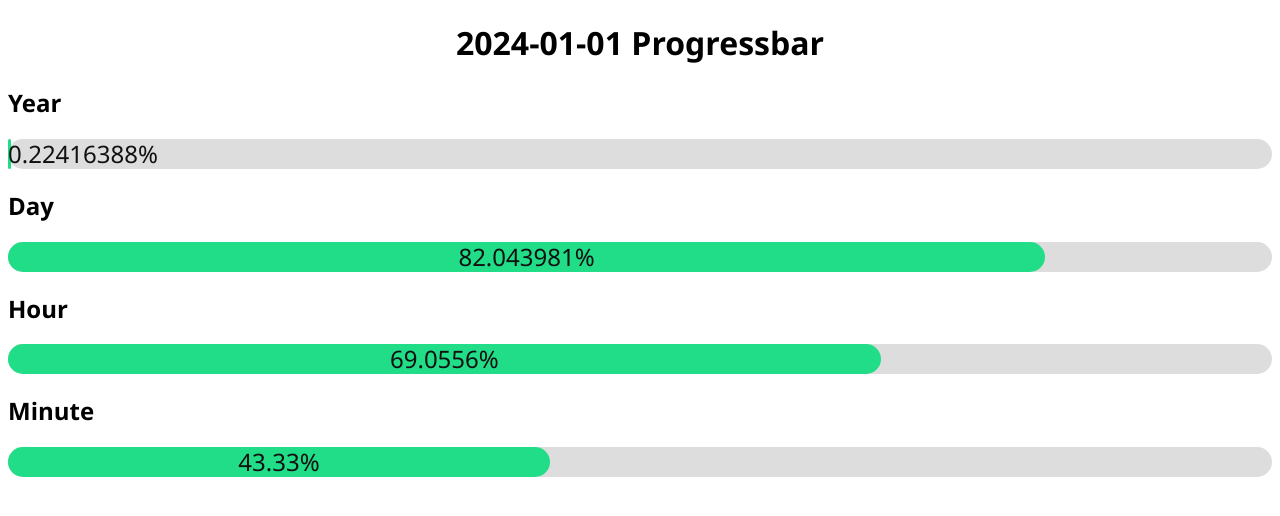
Repository: end888160/end888160.github.io
Page: progress_clock.html
These files come from the project's save history. The page is drawn as it stood at one moment and after the next save; the edit follows.
The browser window is 1280 px wide. The pictures show the whole page.

Above is the page before, as saved 2024-09-22 13:16:50.

After the next save:
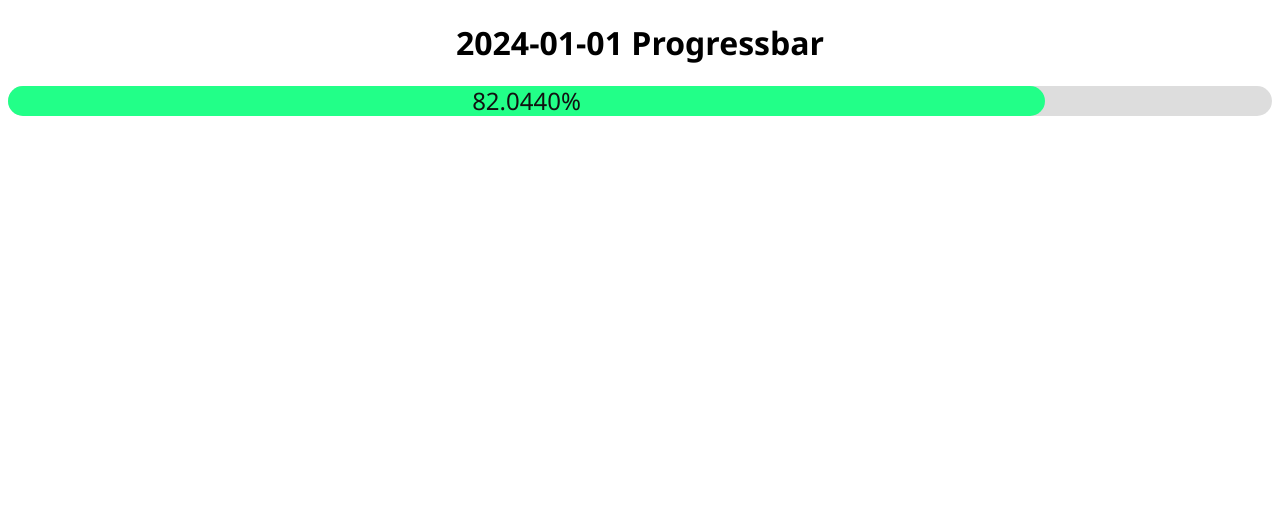
Saved 3 s later.
--- a/progress_clock.html
+++ b/progress_clock.html
@@ -1,33 +1,31 @@
 <!DOCTYPE html>
 <html>
-	<title>Progressbar Clock</title>
 <style>
 	html {
 		font-family: 'Segoe UI', Tahoma, Geneva, Verdana, sans-serif;
 	}
-.countDownProgress {
+#countDownProgress {
 	width: 100%;
 	background-color: #ddd;
 	border-radius: 1cm;
 }
 
-.countDownBar {
+#countDownBar {
 	width: 10%;
 	height: 30px;
-	background-color: #2d8;
+	background-color: #2f8;
 	text-align: center;
 	line-height: 30px;
 	color: #111;
 	border-radius:1cm;
 	font-size: x-large;
-	transition:ease 0.33s;
 	cursor: wait;
 }
 	@media (prefers-color-scheme: dark) {
-		.countDownProgress {
+		#countDownProgress {
 			background-color: #333;
 		}
-		.countDownBar {
+		#countDownBar {
 			background-color: #496;
 			color: #ddd;
 
@@ -38,16 +36,14 @@
 		}
 	}
 	@media only screen and (orientation: portrait) {
-		.countDownBar {
+		#countDownBar {
 			height: 50px;
 			font-size: xx-large;
 			padding-top: 2%;
 		}
-		h1 {
-			font-size: 8vw;
-		}
-		h2 {
-			font-size: 6vw;
+		#countDownBar2 {
+			height: 60px;
+			font-size: xx-large;
 		}
 	}
 
@@ -56,53 +52,18 @@
 
 <h1 id="caption" style="text-align: center;"></h1>
 
-<h2>Year</h2>
-<div id="year" class="countDownProgress">
-	<div id="Year" class="countDownBar"></div>
+<div id="countDownProgress">
+	<div id="countDownBar"></div>
 </div>
+
+<br>
+
 <script>
 	var i=0
 function progress() {
 	if (i == 0) {
 		i = 1;
-		var elem = document.getElementById("Year");
-		var width = 0;
-		function frame() {
-			var countDownTarget = new Date().getFullYear() + 1;
-			var empty = ( new Date().getTime() - new Date("Jan 1, " + ( countDownTarget - 1) + " 00:00:00"))
-			var full = ( new Date("Jan 1, " + countDownTarget + " 00:00:00").getTime() - new Date("Jan 1, " + ( countDownTarget - 1) + " 00:00:00"))/100
-
-			if (( empty / full ) >= 100) {
-				clearInterval(id);
-				i = 0;
-			} else {
-				elem.style.width = ( empty / full ).toFixed(8) + "%";
-				elem.innerHTML = ( empty / full ).toFixed(8)  + "%";
-			}
-		}
-
-	setInterval(frame, 50);
-	}
-
-}
-function count() {
-	progress();
-	setTimeout(count, 1)
-}
-count()
-</script>
-
-
-<h2>Day</h2>
-<div id="day" class="countDownProgress">
-	<div id="Day" class="countDownBar"></div>
-</div>
-<script>
-	var i=0
-function progress() {
-	if (i == 0) {
-		i = 1;
-		var elem = document.getElementById("Day");
+		var elem = document.getElementById("countDownBar");
 		var width = 0;
 		function frame() {
 			var today = new Date();
@@ -121,42 +82,6 @@ function progress() {
 				i = 0;
 			} else {
 				document.getElementById("caption").innerHTML = year + "-" + month + "-" + day + " Progressbar";
-				elem.style.width = ( empty / full ).toFixed(6) + "%";
-				elem.innerHTML = ( empty / full ).toFixed(6)  + "%";
-			}
-		}
-
-	setInterval(frame, 50);
-	}
-
-}
-function count() {
-	progress();
-	setTimeout(count, 1)
-}
-count()
-</script>
-
-
-<h2>Hour</h2>
-<div id="hour" class="countDownProgress">
-	<div id="Hour" class="countDownBar"></div>
-</div>
-<script>
-	var i=0
-function progress() {
-	if (i == 0) {
-		i = 1;
-		var elem = document.getElementById("Hour");
-		var width = 0;
-		function frame() {
-			var empty = ( new Date().getMinutes() * 60000 + new Date().getSeconds() * 1000 + new Date().getMilliseconds())
-			var full = 36000
-
-			if (( empty / full ) >= 100) {
-				clearInterval(id);
-				i = 0;
-			} else {
 				elem.style.width = ( empty / full ).toFixed(4) + "%";
 				elem.innerHTML = ( empty / full ).toFixed(4)  + "%";
 			}
@@ -170,44 +95,9 @@ function count() {
 	progress();
 	setTimeout(count, 1)
 }
+
 count()
 </script>
 
-<h2>Minute</h2>
-<div id="minute" class="countDownProgress">
-	<div id="Minute" class="countDownBar"></div>
-</div>
-<script>
-	var i=0
-function progress() {
-	if (i == 0) {
-		i = 1;
-		var elem = document.getElementById("Minute");
-		var width = 0;
-		function frame() {
-			var empty = (new Date().getSeconds() * 1000 + new Date().getMilliseconds())
-			var full = 600
-
-			if (( empty / full ) >= 100) {
-				clearInterval(id);
-				i = 0;
-			} else {
-				elem.style.width = ( empty / full ).toFixed(2) + "%";
-				elem.innerHTML = ( empty / full ).toFixed(2)  + "%";
-			}
-		}
-
-	setInterval(frame, 50);
-	}
-
-}
-function count() {
-	progress();
-	setTimeout(count, 1)
-}
-count()
-</script>
-
-
 </body>
 </html>
